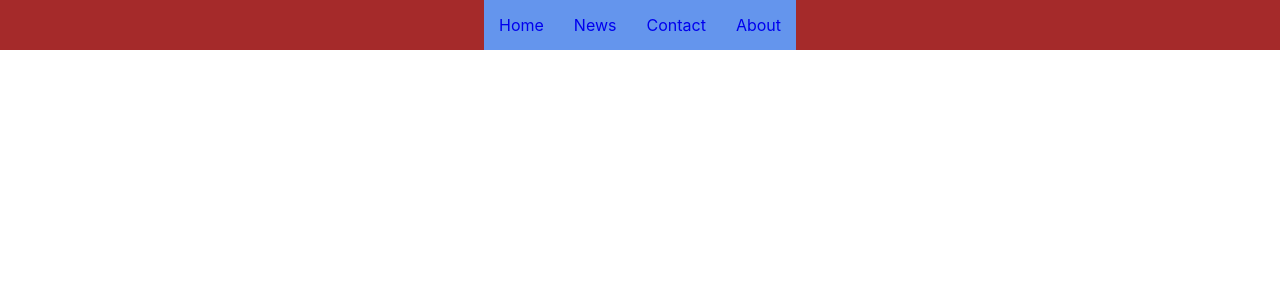
Repository: tusharpasricha/owlsomecoffee
Page: /
These files come from the project's save history. The page is drawn as it stood at one moment and after the next save; the edit follows.
The browser window is 1280 px wide. The pictures show the whole page.
The project was rebuilt for these pictures with package versions that can differ from the ones it lists, and the page was loaded fresh each time.

Above is the page before, as saved 2021-09-27 08:39:48.

After the next save:
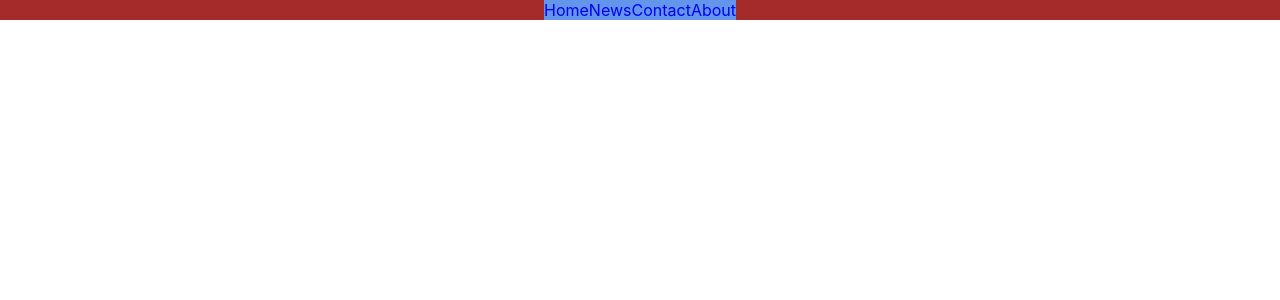
Saved 14 s later.
--- a/src/components/navbar.css
+++ b/src/components/navbar.css
@@ -15,7 +15,7 @@ div{
      padding: 0%;
  }
  li{
-     padding: 15px;
+
  }
  a{
      text-decoration: none;
